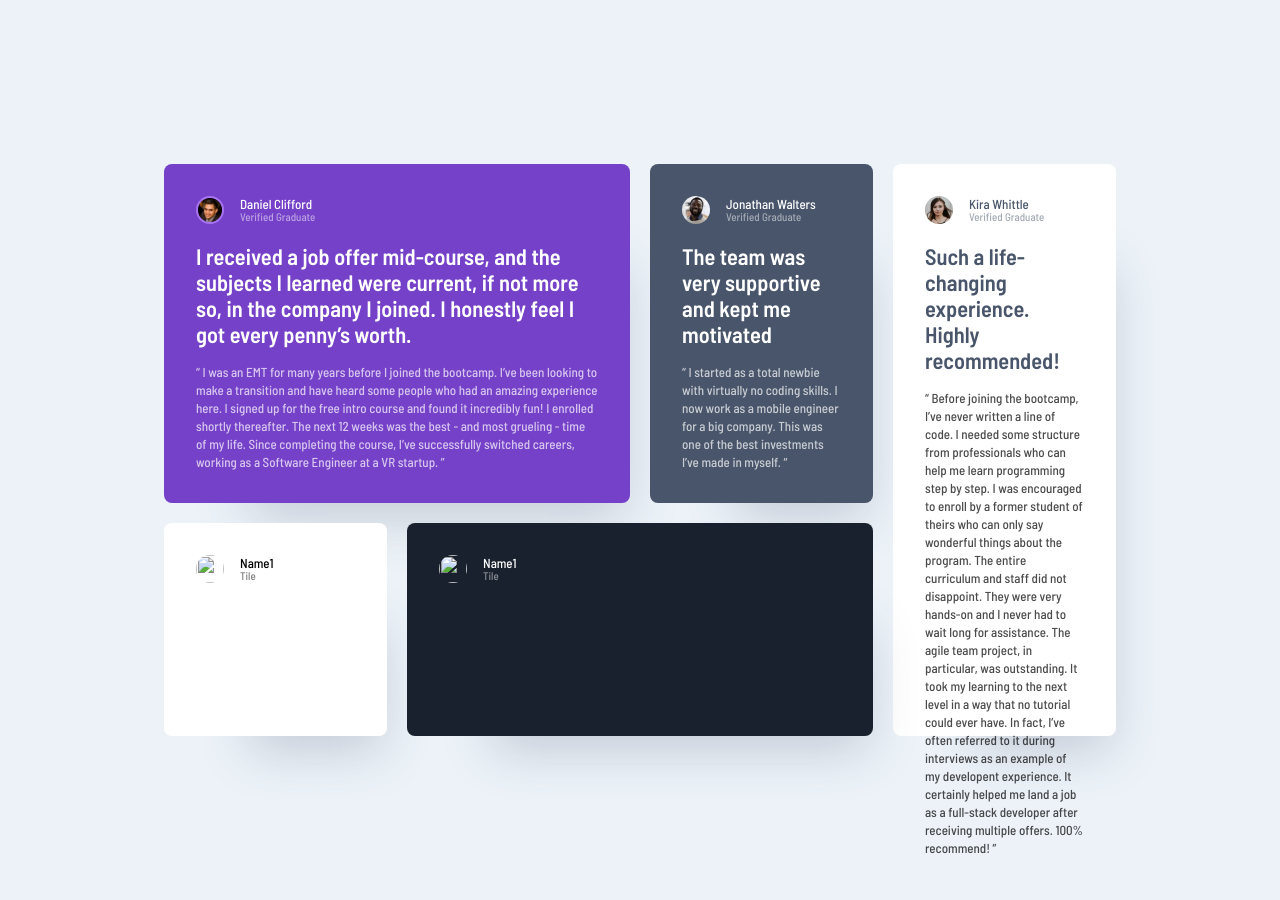
Repository: brandontaylor1/testimonial-card
Page: index.html
The author's editor kept a copy of each file at every save. The page is drawn from the files as they stood at one save, then again after a run of saves.
The browser window is 1280 px wide. The pictures show the whole page.

Above is the page before, as saved 2025-01-11 00:21:06.

After the next 2 saves:
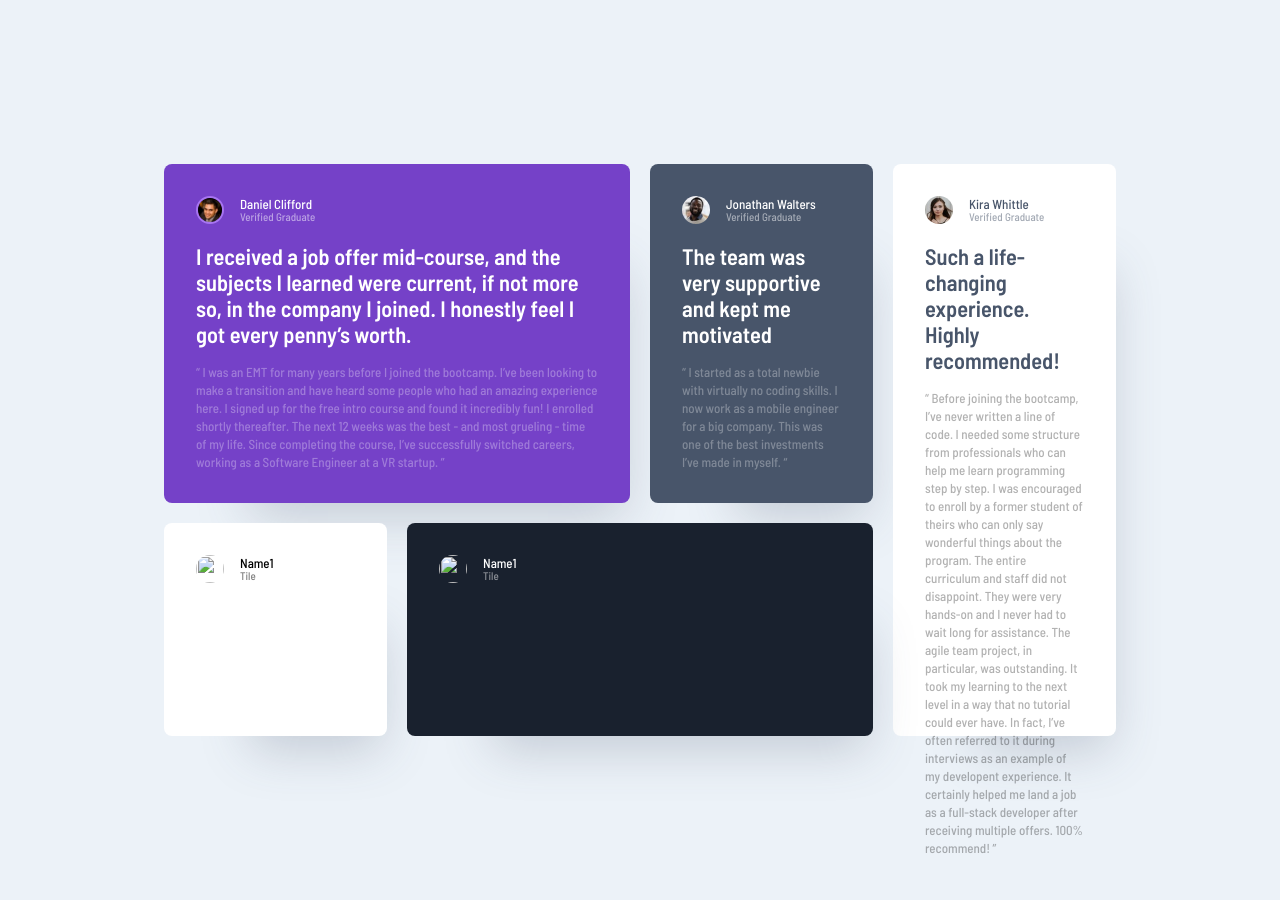
The 2 saves are shown as one change because they came seconds apart.
The last was saved 65 s later.
--- a/styles.css
+++ b/styles.css
@@ -91,7 +91,7 @@
     font-weight: 500;
     line-height: 18px; /* 138.462% */
     margin-top: 1rem;
-    opacity: 0.7;
+    opacity: 0.3;
 }
 
 .purple {
